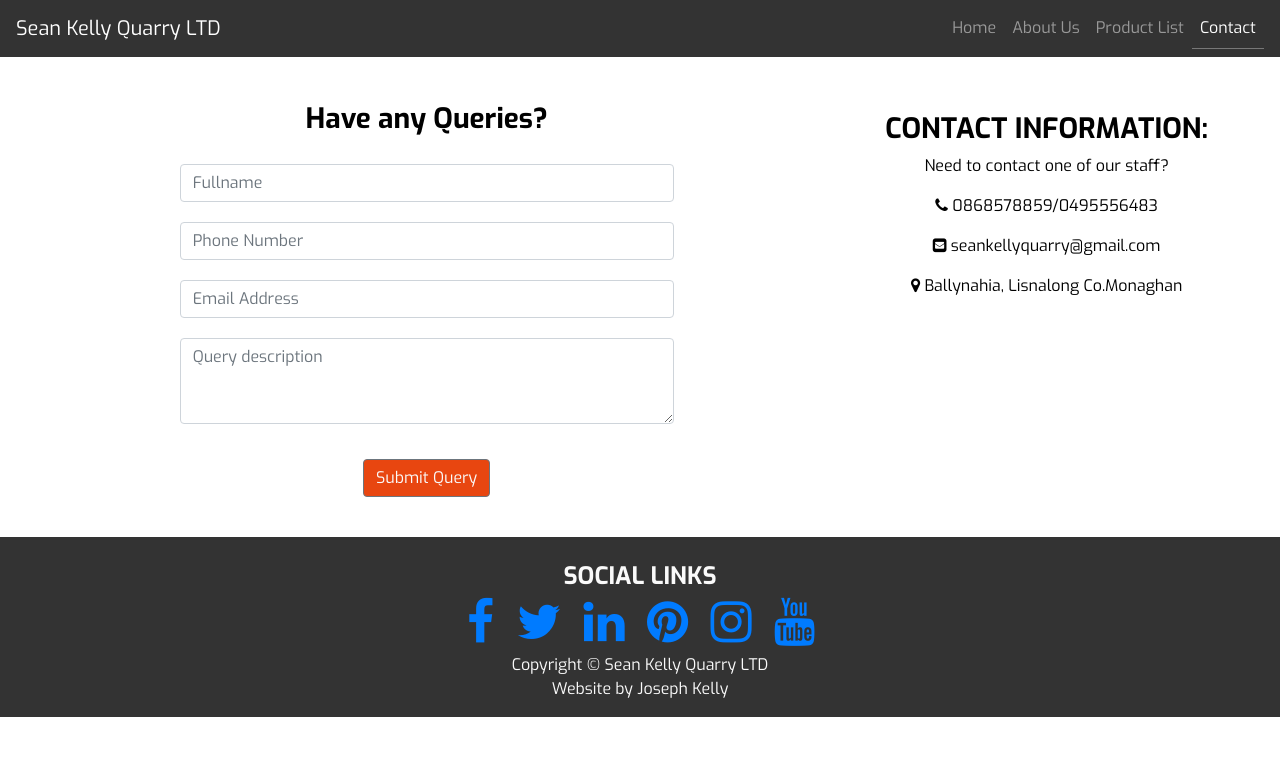
Repository: Code-Institute-Submissions/Sean-Kelly-Quarry
Page: contact.html
The author's editor kept a record of every edit. The page is drawn from the files as they stood at one moment, then again after the next edit.
The browser window is 1280 px wide. The pictures show the whole page.

Above is the page before.

### contact.html
<!DOCTYPE html>
<html lang="en">
<head>
    <meta charset="UTF-8">
    <meta name="viewport" content="width=device-width, initial-scale=1.0">
    <meta http-equiv="X-UA-Compatible" content="ie=edge">
    <link rel="stylesheet" href="https://stackpath.bootstrapcdn.com/bootstrap/4.4.1/css/bootstrap.min.css" type="text/css" />
    <link rel="stylesheet" href="https://stackpath.bootstrapcdn.com/font-awesome/4.7.0/css/font-awesome.min.css" type="text/css" />
    <link rel="stylesheet" href="assets/css/style.css" type="text/css" />
    <title>Sean Kelly Quarry</title>
</head>
<body>
    <header>                    <!-- inspired by love running mini project-->
        <nav class="navbar navbar-expand-md navbar-dark navbar-custom">
            <a class="navbar-brand" href="#">Sean Kelly Quarry LTD</a>
                <button class="navbar-toggler" type="button" data-toggle="collapse" data-target="#navbarNav" aria-controls="navbarNav" aria-expanded="false" aria-label="Toggle navigation">
                <span class="navbar-toggler-icon"></span>
                </button>
            <div class="collapse navbar-collapse" id="navbarNav">
                <ul class="navbar-nav ml-auto">
                    <li class="nav-item">
                    <a class="nav-link" href="index.html">Home</a>
                    </li>
                    <li class="nav-item">
                    <a class="nav-link" href="about.html">About Us</a>
                    </li>
                    <li class="nav-item">
                    <a class="nav-link" href="product-list.html">Product List</a>
                    </li>
                    <li class="nav-item active">
                    <a class="nav-link" href="contact.html">Contact</a>
                    </li>
                </ul>
            </div>
        </nav>
    </header>
         <section class="container-fluid">
             <div class="row contact-section">
                 <div class="col-md form-section">
                     <h3>Have any Queries?</h3>
                     <form class="form">
                           <input type="text" name="name" id="name" class="form-control input-query" placeholder="Fullname" required/>
                           <input type="number" name="number" id="phonenumber" class="form-control input-query" placeholder="Phone Number" required/>
                           <input type="email" name="email" id="email" class="form-control input-query" placeholder="Email Address" required/>
                           <textarea type="textarea" rows="3" name="query" id="query" class="form-control input-query" placeholder="Query description"></textarea>
                           <div class="form-row text-center">
                               <div class="col">
                                   <button type="submit" class="btn btn-secondary">Submit Query</button>
                               </div>
                           </div>
                      </form>
                 </div>
                 <div class="col-md-4">
                    <h3 class="uppercase contact-info">Contact information:</h3>
                    <p class="contact-details">
                        Need to contact one of our staff?
                    </p>
                    <p class="contact-details"><i class="fa fa-phone"></i>  0868578859/0495556483</p>
                    <p class="contact-details"><i class="fa fa-envelope-square"></i>  seankellyquarry@gmail.com</p>
                    <p class="contact-details"><i class="fa fa-map-marker"></i>   Ballynahia, Lisnalong Co.Monaghan</p>
                 </div>
             </div>
         </section>
    <footer class="container-fluid">                         <!-- inspired by UCD resume mini project with code institute-->
        <div id="footer-details" class="row">
            <div class="col-sm">
                <h4 class="uppercase footer-info">Social Links</h4>
                <ul class="list-inline social-links">
                    <li class="list-inline-item">
                        <a target="_blank" href="#">
                            <i class="fa fa-facebook fa-3x" aria-hidden="true"></i>
                            <span class="sr-only">Facebook</span>
                        </a>
                    </li>
                    <li class="list-inline-item">
                        <a target="_blank" href="#">
                            <i class="fa fa-twitter fa-3x" aria-hidden="true"></i>
                            <span class="sr-only">Twitter</span>
                        </a>
                    </li>
                    <li class="list-inline-item">
                        <a target="_blank" href="#">
                            <i class="fa fa-linkedin fa-3x" aria-hidden="true"></i>
                            <span class="sr-only">LinkedIn</span>
                        </a>
                    </li>
                    <li class="list-inline-item">
                        <a target="_blank" href="#">
                            <i class="fa fa-pinterest fa-3x" aria-hidden="true"></i>
                            <span class="sr-only">pinterest</span>
                        </a>
                    </li>
                    <li class="list-inline-item">
                        <a target="_blank" href="#">
                            <i class="fa fa-instagram fa-3x" aria-hidden="true"></i>
                            <span class="sr-only">Instagram</span>
                        </a>
                    </li>
                    <li class="list-inline-item">
                        <a target="_blank" href="#">
                            <i class="fa fa-youtube fa-3x" aria-hidden="true"></i>
                            <span class="sr-only">Youtube</span>
                        </a>
                    </li>
                    <p class="copyright">Copyright &#169; Sean Kelly Quarry LTD</p>
                    <p>Website by Joseph Kelly</p>
                </ul>
            </div>
        </div>
    </footer>
<script src="https://code.jquery.com/jquery-3.3.1.slim.min.js" integrity="sha384-q8i/X+965DzO0rT7abK41JStQIAqVgRVzpbzo5smXKp4YfRvH+8abtTE1Pi6jizo" crossorigin="anonymous"></script>
<script src="https://cdnjs.cloudflare.com/ajax/libs/popper.js/1.14.7/umd/popper.min.js" integrity="sha384-UO2eT0CpHqdSJQ6hJty5KVphtPhzWj9WO1clHTMGa3JDZwrnQq4sF86dIHNDz0W1" crossorigin="anonymous"></script>
<script src="https://stackpath.bootstrapcdn.com/bootstrap/4.3.1/js/bootstrap.min.js" integrity="sha384-JjSmVgyd0p3pXB1rRibZUAYoIIy6OrQ6VrjIEaFf/nJGzIxFDsf4x0xIM+B07jRM" crossorigin="anonymous"></script>
</body>
</html>

### assets/css/style.css
@import url('https://fonts.googleapis.com/css?family=Exo:100,200,300,400,500,600,700|Roboto:100,200,300,400,500,600,700&display=swap');

*{
    margin: 0;
    padding: 0;
    border: 0;
}

/* ---------------------------------------------header*/

body {
    font-family: "Exo";
    color: #777777;
}

.navbar-custom {
    background-color: #333333;
}


#menu a:hover {
    border-bottom: 1px solid #777777;
}

.active {
    border-bottom: 1px solid #777777;
}

/* ---------------------------------------------hero image*/

body {
  padding-bottom: 3rem;
  color: #5a5a5a;
}


.carousel-caption {
  bottom: 3rem;
  z-index: 10;
}


.carousel-item {
  height: 40rem;
}
.carousel-item > img {
  position: absolute;
  top: 0;
  left: 0;
  min-width: 100%;
  height: 40rem;
}


.marketing .col-lg-4 {
  margin-bottom: 1.5rem;
  text-align: center;
}
.marketing h2 {
  font-weight: 400;
}
.marketing .col-lg-4 p {
  margin-right: .75rem;
  margin-left: .75rem;
}


.featurette-divider {
  margin: 5rem 0;
}


.featurette-heading {
  font-weight: 300;
  line-height: 1;
  letter-spacing: -.05rem;
}


@media (min-width: 40em) {
  .carousel-caption h1 {
    margin-bottom: 20rem;
    font-size: 2rem;
    line-height: 1.4;
  }

  .featurette-heading {
    font-size: 50px;
  }
}

@media (min-width: 62em) {
  .featurette-heading {
    margin-top: 7rem;
  }
}

/* ---------------------------------------------about/meet*/

h1, h3, h2, h4, h5 {
    font-family: "Exo", sans-serif;
    font-weight: bold;
    text-align: center;
    color: #000000;
}

.about-heading {
    border-bottom: 1px solid;
    margin-left: 150px;
    margin-right: 150px;
    margin-top: 20px;
    padding-bottom: 10px;
}

.about {
    color: #000000;
    padding-top: 10px;
    text-align: center;
    overflow: hidden;
}

.about-info {
    margin-left: 15px;
    margin-right: 15px;
    padding-bottom: 10px;
}

.our-team {
    margin-top: 10px;
    padding-bottom: 20px;
}

.team {
   margin-top: 5px;
   margin-bottom: 5px;
   color: #000000;
   font-family: "Exo", sans-serif;
}



.meet-icon {
    margin-top: 5px;
    margin-bottom: 5px;
}

.history {
    color: #000000;
    margin-left: 10px;
    margin-right: 10px;
    text-align: left;
}

.who-we-are {
    color: #000000;
    margin-left: 10px;
    margin-right: 10px;
    text-align: left;
}

.what-we-do {
    color: #000000;
    margin-left: 10px;
    margin-right: 10px;
    text-align: left;
}

.heading {
    padding-top: 20px;
    text-align: left;
    margin-left: 10px
}


/* ---------------------------------------------footer*/

footer {
    color: #fafafa;
    padding-top: 25px;
    background-color: #333333;
    display: inline-block;
}

.footer-info {
    font-weight: bold;
    text-align: center;
    color: #fafafa
}

.list-inline-item {
    margin-left: 10px;
    margin-right: 10px;
}

.uppercase {
    text-transform: uppercase;
}

.social-links {
    text-align: center;
    color: #fafafa;
}

p {
    text-align: center;
    color: #fafafa;
}

.copyright {
    padding-top: 7px;
    margin-bottom: 0;
}

/* ---------------------------------------------product list/order form*/

.table {
    width: 70%;
    margin-left: auto;
    margin-right: auto;
    margin-top: 20px;
    margin-bottom: 20px;
    color: #000000;
    border-collapse: collapse;
}

table, th, td {
  border: 1px solid black;
  text-align: center;
}

.product-heading {
    margin-top: 30px;
    color: #000000;
}

.product-note {
    font-size: large;
    color: #000000;
}

.product-disclaimer {
    color: #f88037;
    text-align: center;
    padding-bottom: 20px;
}

.order-form {
    font-family: "Exo", sans-serif;
    color: #000000;
    padding-top: 20px;
    display: block;
    text-align: center;
}

/* ---------------------------------------------contact*/

.contact-info {
    font-family: "Exo", sans-serif;
    color: #000000;
    text-align: center;
    margin-top: 30px;
    margin-right: 40px;
}

.contact-details {
    color: #000000;
    margin-right: 40px;
}


button[type="submit"] {
    margin-top: 15px;
    margin-bottom: 20px;
    color: #fafafa;
    background-color: #e84610;
}


.form {
    display: inline-block;
    margin-left: 20%;
    margin-right: 20%;
    width: 60%;
}

.input-query {
    margin-top: 20px;
    margin-bottom: 20px;
}

.input {
    margin-top: 10px;
    margin-bottom: 10px;
}

.contact-section {
    margin-top: 25px;
    padding-bottom: 20px;
}


.form-section {
    padding-top: 20px;
}

/* ---------------------------------------------media queries*/

@media(min-width: 992px) {
    .center-form {
        padding-top: 30px;
        min-height: 240px;
        margin: 0 auto;
        max-width: 50%;
    }
}

After the next edit:
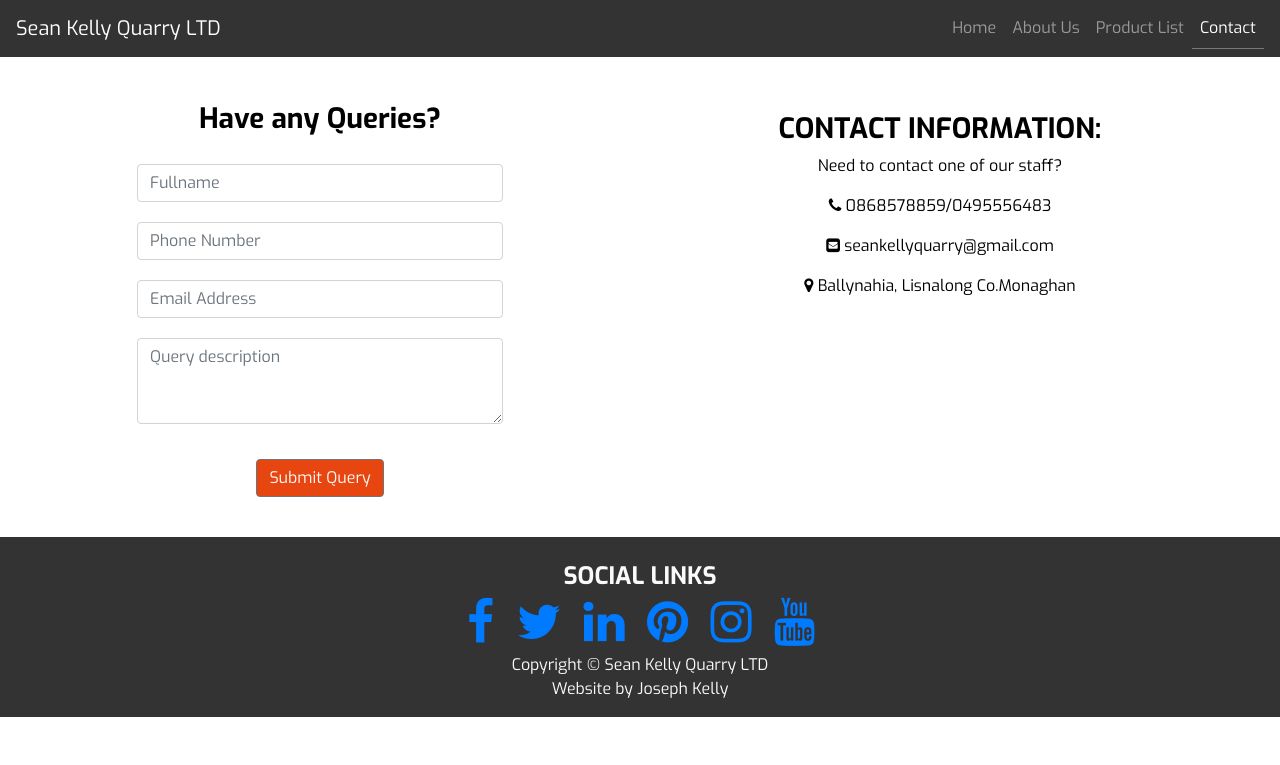
The edit:
--- a/contact.html
+++ b/contact.html
@@ -50,7 +50,7 @@
                            </div>
                       </form>
                  </div>
-                 <div class="col-md-4">
+                 <div class="col-md">
                     <h3 class="uppercase contact-info">Contact information:</h3>
                     <p class="contact-details">
                         Need to contact one of our staff?
